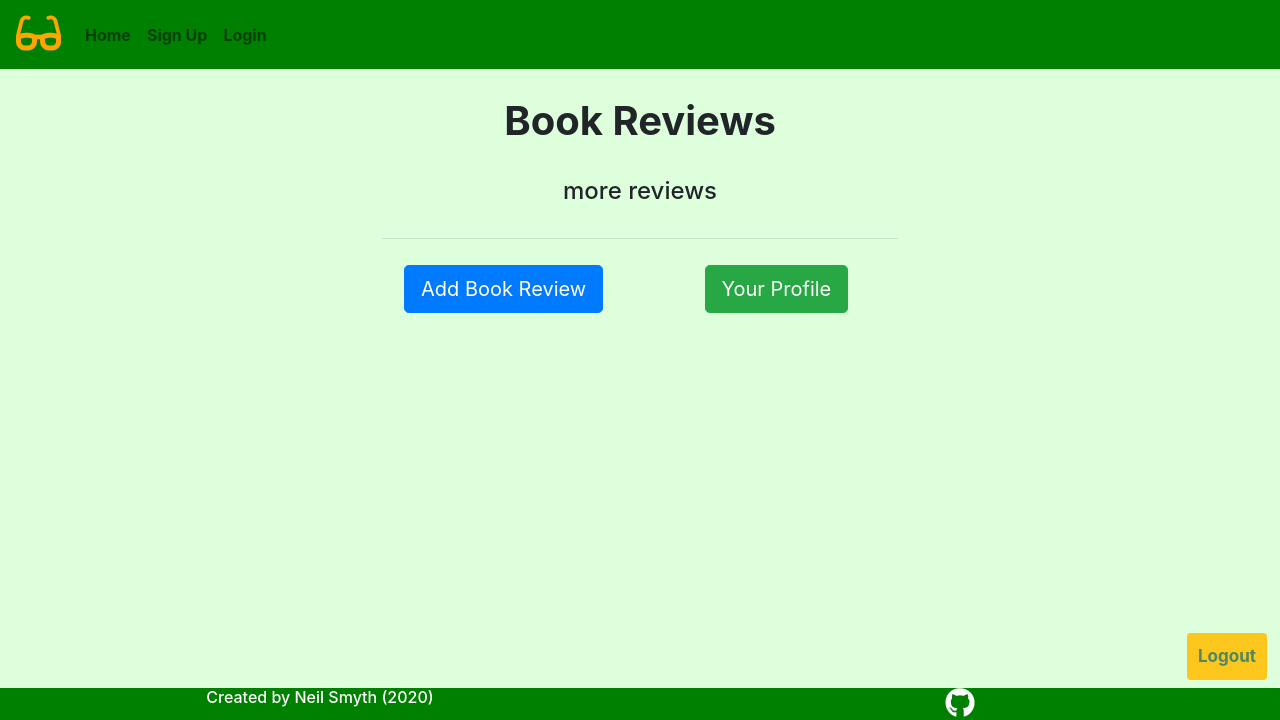
Repository: NeiloErnesto89/Data_Centric_Dev_Milestone_Project3
Page: templates/all_reviews.html
The author's editor kept a record of every edit. The page is drawn from the files as they stood at one moment, then again after the next edit.
The browser window is 1280 px wide. The pictures show the whole page.
Some web libraries are served in a nearby version. The template is drawn by Flask 3. The application's start-up code is not run. The template is opened directly, without the code that normally fills it, so the values that code supplies are empty.

Above is the page before.

After the next edit:
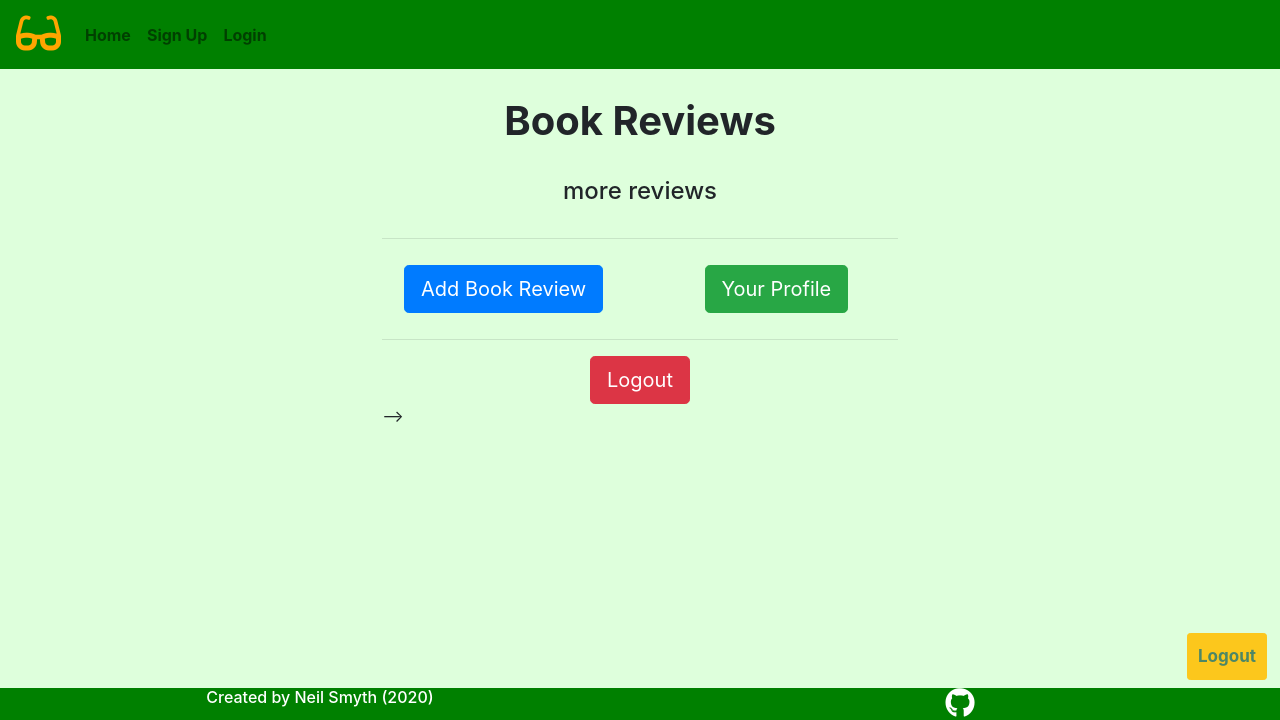
The edit:
--- a/templates/all_reviews.html
+++ b/templates/all_reviews.html
@@ -115,7 +115,7 @@
     z-index: 1;
     opacity: 0.9;">Logout</button>
 
-    <!--
+
     <hr>
     <div class="text-center">
         <a class="btn btn-danger btn-lg" href="{{ url_for('logout') }}" role="button">Logout</a>
